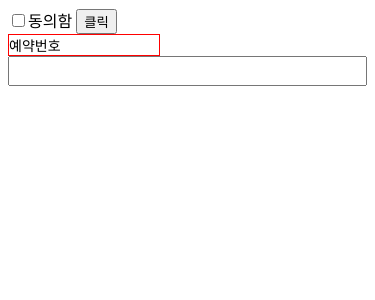
Repository: mekeyace/portfolio
Page: http://localhost/web/check.jsp
An editor plug-in stored every save of this project. The page is shown before and after the next save, followed by the edit.
The browser window is 375 px wide. The pictures show the whole page.
The page is served by Tomcat 9. Other server files are loaded and not shown.

Above is the page before, as saved 2023-06-22 03:06:52.

### maven/web/src/main/webapp/check.jsp
<%@ page language="java" contentType="text/html; charset=UTF-8"
    pageEncoding="UTF-8"%>
<!DOCTYPE html>
<html>
<head>
<meta charset="UTF-8">
<meta name="viewport" content="width=device-width, initial-scale=1" />
<title>Insert title here</title>
<style>


@media screen and (min-width:340px) and (max-width:560px){
.ins {
width:100%;
height:30px;
box-sizing: border-box;
}
}

</style>
</head>
<body>
<!-- 체크박스1 : 체크시 : Y 미체크시 : N -->
<form id="frm" method="post" action="./checkok.do">
<input type="hidden" name="cks" value="N">
<input type="checkbox" id="agree">동의함
<input type="button" value="클릭" onclick="abc()">

<div style="font-size:14px; width:150px; border:1px solid red;">예약번호</div>
<input type="text" class="ins">
<br>
</form>
<!-- 체크박스2 : 체크시 : Y 미체크시 : null -->
</body>
<script>
function abc(){
	frm.submit();
}
</script>
</html>

After the next save:
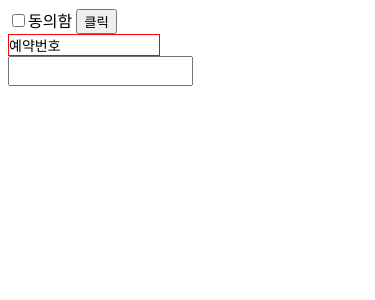
Saved 49 s later.
--- a/maven/web/src/main/webapp/check.jsp
+++ b/maven/web/src/main/webapp/check.jsp
@@ -11,7 +11,7 @@
 
 @media screen and (min-width:340px) and (max-width:560px){
 .ins {
-width:100%;
+width:calc(100% - 174px);
 height:30px;
 box-sizing: border-box;
 }

After the 2 saves that followed:
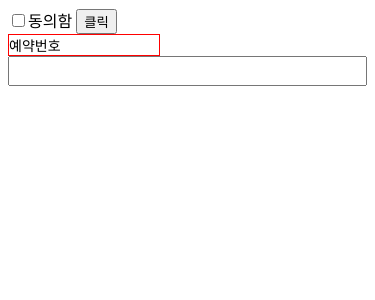
The 2 saves are shown as one change because 1 left the picture as it was.
The last was saved 84 s later.
--- a/maven/web/src/main/webapp/check.jsp
+++ b/maven/web/src/main/webapp/check.jsp
@@ -11,7 +11,9 @@
 
 @media screen and (min-width:340px) and (max-width:560px){
 .ins {
-width:calc(100% - 174px);
+width:100%;
+/* width:calc(100% - 174px); */
+/* max-width:calc(100% - ) */
 height:30px;
 box-sizing: border-box;
 }
